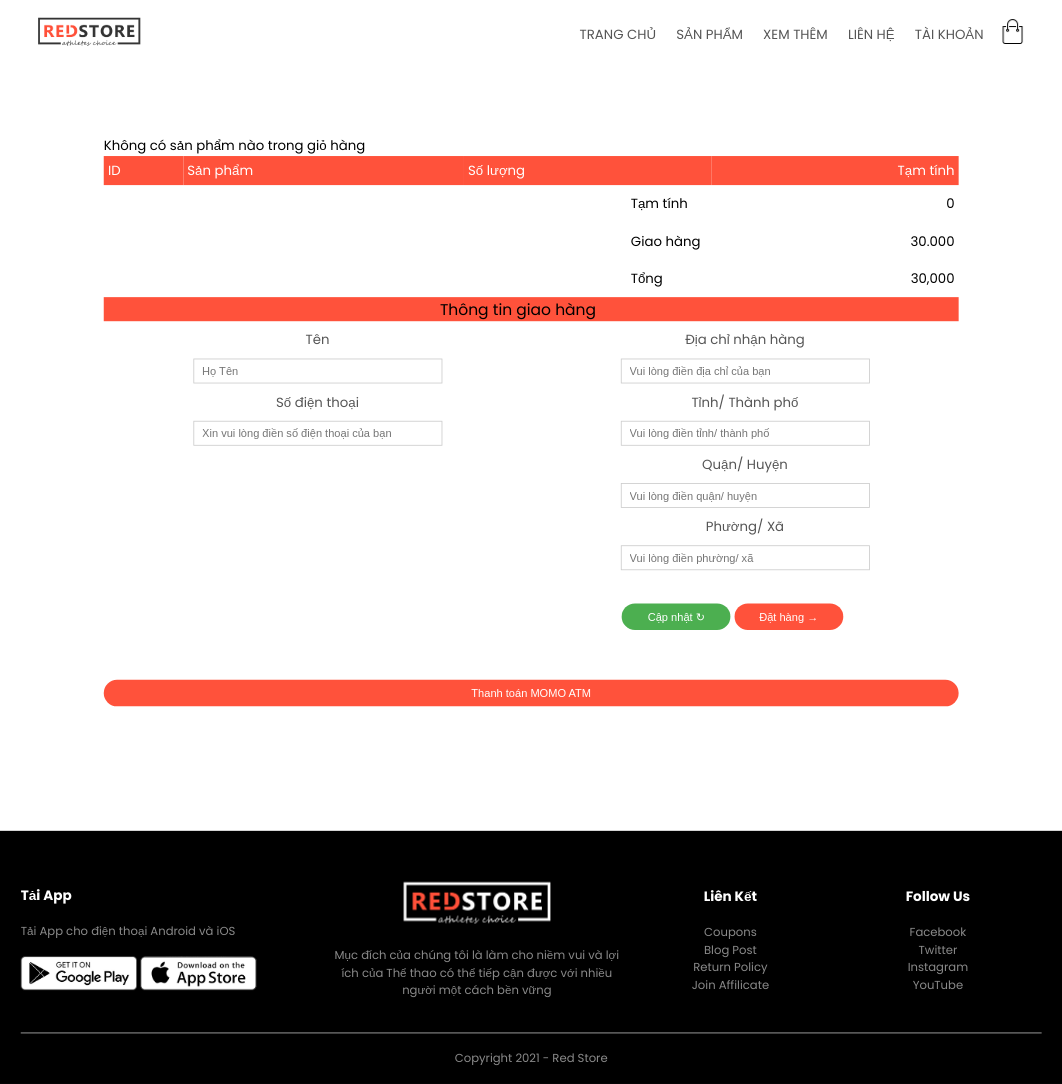
Repository: trongnk2001/RedStore
Page: http://localhost/RedStore/cart.php?action=submit
These files come from the project's save history. The page is drawn as it stood at one moment and after the next save; the edit follows.
The browser window is 1280 px wide. The pictures show the whole page, at 83% of full size.
Some web libraries are served in a nearby version. The page is run by PHP 8.4 with error messages shown; the project is at /var/www/html/.

Above is the page before, as saved 2022-06-05 15:13:43.

### cart.php
<?php
    session_start();
    include_once './Admin/connect.php';
    // thêm số luong
    // tru số luong
    // xoá sản phẩm
    // thêm sản phẩm vào giỏ hàng
    if(isset($_POST['themgiohang'])){
        $id = $_GET['productID'];
        $sl = $_POST['sl'];
        $sql_query = "SELECT * FROM product WHERE productID='".$id."'";
        $query = mysqli_query($links,$sql_query);
        $row = mysqli_fetch_array($query);
        if(isset($_SESSION['cart'])){
           $session_array_id = array_column($_SESSION['cart'],'id');


           if(!in_array($_GET['productID'],$session_array_id)){
            $session_array = array(
                'id' => $id,
                'soluong' => $sl,
                'price' => $row['price'],
                'name' => $row['name'],
                'img' => $row['img']
           );
            $_SESSION['cart'][] = $session_array;
           }
        }
         else{
             $session_array = array(
                 'id' => $id,
                 'soluong' => $sl,
                 'price' => $row['price'],
                 'name' => $row['name'],
                 'img' => $row['img']
             );
             $_SESSION['cart'][] = $session_array;
         }
     }

?>
<?php
                $error = false;
                $success = false;
                 if(isset($_GET['action'])){
                     $name = $_POST['name'];
                     $address = $_POST['address'];
                     $city = $_POST['city'];
                     $district = $_POST['district'];
                     $village = $_POST['village'];
                     $tel = $_POST['tel'];
                     $array_infor = array($name,$address,$city, $district, $village, $tel);
                     switch($_GET['action']){
                         case "submit":
                            if(isset($_POST['update_click'])){
                                echo "Xin lỗi tính năng này chưa cập nhật";
                            }
                            elseif (isset($_POST['update_checkout'])){
                                     // echo '<pre>';
                                     // var_dump($_POST);
                                     // echo '</pre>';

                                    // echo '<pre>';

                                    // var_dump($_SESSION['cart'][$i]);
                                    // echo '</pre>';

                                // // var_dump($_POST["name"]) ;
                                 if (empty($_POST['name'])) {
                                     $error = "Bạn chưa nhập tên của người nhận";
                                 } elseif (empty($_POST['tel'])) {
                                     $error = "Bạn chưa nhập số điện thoại người nhận";
                                 } elseif (empty($_POST['address'])) {
                                     $error = "Bạn chưa nhập địa chỉ người nhận";
                                 }elseif (empty($_POST['city'])){
                                     $error = "Bạn chưa nhập thành phố !";
                                 }elseif (empty($_POST['district'])){
                                     $error = "Bạn chưa nhập quận/huyện !";
                                 }elseif (empty($_POST['village'])){
                                     $error = "Bạn chưa nhập xã/phuong !";
                                 }
                                 elseif (empty($_POST['soluong'])){
                                    $error = "Giỏ hàng rỗng";
                                }
                                $array_cart = array($_SESSION['cart']);
                                $array_cart += $array_infor;
                                if ($error == false && !empty($_POST['soluong'])) {
                                    $insertCus = mysqli_query($links, "INSERT INTO customer(cusID,name,adress,tel) VALUE ('','$name','$address.$village.$district.$city','$tel')");
                                    $total = 0;
                                    for($i = 1; $i <= count($array_cart[0]); $i++){
                                        $total = $array_cart[0][$i-1]['price']*$array_cart[0][$i-1]['soluong'];
                                        $tongtien += $total;
                                    }
                                    $cusID = mysqli_query($links, "SELECT * FROM customer ORDER BY cusID DESC LIMIT 1");
                                    $add = mysqli_fetch_all($cusID);
                                    $idcus = $add[0][0];
                                    $last_id = mysqli_insert_id($links);
                                    $mysqltime = date ("Y-m-d H:i:s", $phptime);
                                    $insertOrder = mysqli_query($links, "INSERT INTO orderinf (orderID, customerID, total, orderDate, status) VALUES ('', '$idcus', '$tongtien', '$mysqltime', 'COD')");

                                    for($i = 1; $i <= count($array_cart[0]); $i++){

                                    $products = mysqli_query($links, "SELECT * FROM product WHERE productID = $i");
                                    $total = 0;
                                    $orderProducts = array();
                                    $row = mysqli_fetch_array($products);
                                    $orderProducts[] = $row;

                                    $total += $array_cart[0][$i-1]['price']*$array_cart[0][$i-1]['soluong'];

                                    // $insertCus = mysqli_query($links, "INSERT INTO customer(cusID,name,adress,tel) VALUE ('','$name','$address.$village.$district.$city','$tel')");
                                    $ordID = mysqli_query($links, "SELECT * FROM orderinf ORDER BY orderID DESC LIMIT 1");
                                    $for_ordID = mysqli_fetch_all($ordID);
                                    $idord = $for_ordID[0][0];

                                    $product_ID = $array_cart[0][$i-1]['id'];
                                    $last_order = mysqli_insert_id($links);
                                    $insertString = "";
                                    $gia = $array_cart[0][$i-1]['price'];
                                    $soluong = $array_cart[0][$i-1]['soluong'];
                                    $insertOrderDetails = mysqli_query($links, "INSERT INTO `orderdetails` (`id`, `orderID`, `productID`, `price`, `quantity`, `total`) VALUES ('', '$idord','$product_ID', '$gia','$soluong', '$total')");
                            }
                                    $success = "Đặt hàng thành công";
                                    $momo = "Thanh toán MOMO thành công";
                                    unset($_SESSION['cart']);
                        }
                                //  echo '<p style="text-align:center">'.$error.'</p>';


                    }


            }
    }

                if(isset($_GET['partnerCode'])){
                    $partnerCode = $_GET['partnerCode'];
                    $orderID = $_GET['orderID'];
                    $amount = $_GET['amount'];
                    $orderInfo = $_GET['orderInfo'];
                    $orderType = $_GET['orderType'];
                    $transId = $_GET['transId'];
                    $payType = $_GET['payType'];
                //insert database momo
                $insert_momo = "INSERT INTO tbl_momo(partner_code,order_id,amount,order_info,order_type,trans_id,pay_type)
                VALUE ('".$partnerCode."','".$orderID."','".$amount."','".$orderInfo."','".$orderType."','".$trans_id."','".$payType."')";
                $cart_query = mysqli_query($links,$insert_momo);


                $array_cart = array($_SESSION['cart']);
        $array_cart += $array_infor;
        if ($error == false && !empty($_POST['soluong'])) {
            $insertCus = mysqli_query($links, "INSERT INTO customer(cusID,name,adress,tel) VALUE ('','$name','$address.$village.$district.$city','$tel')");
            $total = 0;
            for($i = 1; $i <= count($array_cart[0]); $i++){
                $total = $array_cart[0][$i-1]['price']*$array_cart[0][$i-1]['soluong'];
                $tongtien += $total;
            }
            $cusID = mysqli_query($links, "SELECT * FROM customer ORDER BY cusID DESC LIMIT 1");
            $add = mysqli_fetch_all($cusID);
            $idcus = $add[0][0];
            $last_id = mysqli_insert_id($links);
            $mysqltime = date ("Y-m-d H:i:s", $phptime);
            $insertOrder = mysqli_query($links, "INSERT INTO orderinf (orderID, customerID, total, orderDate, status) VALUES ('$orderID', '$idcus', '$tongtien', '$mysqltime', 'MOMO')");

            for($i = 1; $i <= count($array_cart[0]); $i++){

            $products = mysqli_query($links, "SELECT * FROM product WHERE productID = $i");
            $total = 0;
            $orderProducts = array();
            $row = mysqli_fetch_array($products);
            $orderProducts[] = $row;

            $total += $array_cart[0][$i-1]['price']*$array_cart[0][$i-1]['soluong'];

            // $insertCus = mysqli_query($links, "INSERT INTO customer(cusID,name,adress,tel) VALUE ('','$name','$address.$village.$district.$city','$tel')");
            $ordID = mysqli_query($links, "SELECT * FROM orderinf ORDER BY orderID DESC LIMIT 1");
            $for_ordID = mysqli_fetch_all($ordID);
            $idord = $for_ordID[0][0];

            $product_ID = $array_cart[0][$i-1]['id'];
            $last_order = mysqli_insert_id($links);
            $insertString = "";
            $gia = $array_cart[0][$i-1]['price'];
            $soluong = $array_cart[0][$i-1]['soluong'];
            $insertOrderDetails = mysqli_query($links, "INSERT INTO `orderdetails` (`id`, `orderID`, `productID`, `price`, `quantity`, `total`) VALUES ('', '$idord','$product_ID', '$gia','$soluong', '$total')");
        }
            $success = "Đặt hàng thành công";
            $momo = "Thanh toán MOMO thành công";
            unset($_SESSION['cart']);
    }

            }
            ?>
<!DOCTYPE html>
<html lang="en">
<head>
    <meta charset="UTF-8">
    <meta name="viewport" content="width=device-width, initial-scale = 1.0">
    <meta http-equiv="X-UA-Compatible" content="IE=edge">
    <meta name="viewport" content="width=device-width, initial-scale=1.0">
    <link rel="stylesheet" href="./style.css">
    <link rel="preconnect" href="https://fonts.googleapis.com">
    <link rel="preconnect" href="https://fonts.gstatic.com" crossorigin>
    <link href="https://fonts.googleapis.com/css2?family=Poppins:wght@300;400;500;600;700&display=swap" rel="stylesheet">
    <script src="https://use.fontawesome.com/2defadb02e.js"></script>
    <title>Sản phẩm - Red Store - Nơi thể hiện cá tính của bạn</title>
</head>
<body>
        <div class="container">
            <div class="nav-bar">
                <div class="logo">
                    <img src="images/logo.png" alt="" width="125px">
                </div>
                <nav>
                    <ul id="MenuItems">
                        <li><a href="index.php">TRANG CHỦ</a></li>
                        <li><a href="products.php">SẢN PHẨM</a></li>
                        <li><a href="">XEM THÊM</a></li>
                        <li><a href="">LIÊN HỆ</a></li>
                        <li><a href="account.php">TÀI KHOẢN</a></li>
                    </ul>
                </nav>
                <a href="cart.php"><img src="images/cart.png" width="30px" height="30px" alt=""></a>
                <img src="images/menu.png" class="menu-icon" onclick="menutoggle()">
            </div>
        </div>
        <form action="cart.php?action=submit"  method="post">
        <!-- cart items details -->
        <div class="small-container cart-page">
            <table>
                <tr>
                    <th>ID</th>
                    <th>Sản phẩm</th>
                    <th>Số lượng</th>
                    <th>Tạm tính</th>
                </tr>
            <?php
                $total =0;
                if(!empty($_SESSION['cart'])){
                    foreach ($_SESSION['cart'] as $key => $value){
                        $rerult = substr($value['img'],3);
                            ?>

                                <tr>
                                    <td> <input name="id" type="text" value="<?php echo $value['id'] ?>" style="border: none;width: 30px ;"> </td>
                                    <td>
                                        <div class="cart-info">
                                            <?php echo ' <img src="'.$rerult.'"> '?>
                                            <div>
                                                <p name="ten"><?php echo $value['name'] ?></p>
                                                <small name="giathanh">Giá : <?php echo $value['price'] ?></small>
                                                <br>
                                                <a href="cart.php?remove=<?php echo $value['id'] ?>">Remove
                                                    <!-- <button style="color: #ff523b;font-size: 12px;border:none;background-color: #fff;cursor: pointer;">Remove</button> -->
                                                </a>
                                            </div>
                                        </div>
                                    </td>
                                    <td> <input name="soluong" type="number" value="<?php echo $value['soluong'] ?>" style="width: 40px;height: 30px;padding: 5px;"></td>
                                    <td><?php echo number_format( $value['soluong']*$value['price']) ?></td>
                                </tr>

                            <?php
                        $total = $total + $value['price'] * $value['soluong'];
                    }
                }
                else{
                    echo 'Không có sản phẩm nào trong giỏ hàng';
                }
            ?>
            <?php
                if(isset($_GET['remove'])){
                    $id = $_GET['remove'];
                    foreach($_SESSION['cart'] as $key => $value){
                        if($value['id'] == $id){
                            unset($_SESSION['cart'][$key]);
                        }
                        header('Location:cart.php');
                    }
                }

            ?>


            </table>

            <div class="total-price">
                <table>
                    <tr>
                        <td>Tạm tính</td>
                        <td><?php echo number_format($total) ?></td>
                    </tr>
                    <tr>
                        <td>Giao hàng</td>
                        <td>30.000</td>
                    </tr>
                    <tr>
                        <td>Tổng</td>
                        <td><?php echo number_format( $total + 30000)?></td>
                    </tr>
                </table>
            </div>
            <form action="">
            <div class="small-container" style="padding:0px 0px">
                <h3 style="padding: 0px 405px;background-color: #ff523b;">Thông tin giao hàng</h3>
                <?php if (!empty($error)) { ?>
                <div id="notify-msg" style="text-align: center; margin-top: 20px;font-weight: 600;">
                    <?= $error ?>
                </div>
            <?php } elseif (!empty($success)) { ?>
                <div id="notify-msg" style="text-align: center; margin-top: 20px;font-weight: 600;">
                    <?= $success ?>.
                </div>
            <?php } elseif(!empty($cart_query)) { ?>
                <div id="notify-msg" style="text-align: center; margin-top: 20px;font-weight: 600;">
                <?= $momo?>
                </div>
            <?php

        } ?>
                <div class="row" style="align-items: initial;">
                    <div class="col-2 inf" style="display: flex;align-items: center;flex-direction: column;">
                            <p>Tên</p>
                            <input type="text" name="name" placeholder="Họ Tên" style="width:300px">
                            <p>Số điện thoại</p>
                            <input type="text" name ="tel" placeholder="Xin vui lòng điền số điện thoại của bạn" style="width:300px">
                    </div>
                    <div class="col-2 inf" style="display: flex;align-items: center;flex-direction: column;">
                            <p>Địa chỉ nhận hàng</p>
                            <input type="text" name ="address" placeholder="Vui lòng điền địa chỉ của bạn">
                            <p>Tỉnh/ Thành phố</p>
                            <input type="text" name ="city" placeholder="Vui lòng điền tỉnh/ thành phố">
                            <p>Quận/ Huyện</p>
                            <input type="text" name ="district" placeholder="Vui lòng điền quận/ huyện">
                            <p>Phường/ Xã</p>
                            <input type="text" name = "village" placeholder="Vui lòng điền phường/ xã">
                        <div class="buy" style="text-align: center;margin-left: -30px;float:initial">
                        <input  type="submit" name="update_click" value="Cập nhật &#8635" style="display: inline-block;background: #4CAF50;color: #fff;padding: 8px 30px;margin: 30px 0;border-radius: 30px;transition: background 0.5s;border: none;cursor: pointer;height:32px;width:131px ;">
                        <input  type="submit" name="update_checkout" value="Đặt hàng &#8594" style="display: inline-block;background: #ff523b;color: #fff;padding: 8px 30px;margin: 30px 0;border-radius: 30px;transition: background 0.5s;border: none;cursor: pointer;height:32px;width:131px ;">
                        </div>
                    </div>
                </div>
            </div>
            </form>

            <form
            class="" method="POST" target="_blank" enctype="application/x-www-form-urlencoded"
                          action="xulithanhtoanmomo_atm.php">
                <input type="hidden" value="<?php echo number_format($total)?>" name ="total">
                <input
                style="display: inline-block;background: #ff523b;color: #fff;padding: 8px 30px;margin: 30px 0;border-radius: 30px;transition: background 0.5s;border: none;cursor: pointer;height:32px;width:100% ;"
                type="submit" name="momo" value="Thanh toán MOMO ATM">
            </form>

            <!-- <div class="buy">
                    <a href="checkout.php" class="btn" style="padding: 8px 20px;">Thanh toán &#8594;</a>
            </div> -->
        </div>
        </form>


    <!-- footer -->

    <div class="footer" style="margin-top: 120px;">
        <div class="container">
            <div class="row">
                <div class="footer-col-1">
                    <h3>Tải App</h3>
                    <p>Tải App cho điện thoại Android và iOS</p>
                    <div class="app-logo">
                        <img src="images/play-store.png">
                        <img src="images/app-store.png">
                    </div>
                </div>

                <div class="footer-col-2">
                    <img src="images/logo-white.png">
                    <p>Mục đích của chúng tôi là làm cho niềm vui và lợi
                        ích của Thể thao có thể tiếp cận được với nhiều
                        người một cách bền vững</p>
                </div>

                <div class="footer-col-3">
                    <h3>Liên Kết</h3>
                    <ul>
                        <li>Coupons</li>
                        <li>Blog Post</li>
                        <li>Return Policy</li>
                        <li>Join Affilicate</li>
                    </ul>
                </div>

                <div class="footer-col-4">
                    <h3>Follow Us</h3>
                    <ul>
                        <li>Facebook</li>
                        <li>Twitter</li>
                        <li>Instagram</li>
                        <li>YouTube</li>
                    </ul>
                </div>
            </div>
            <hr>
            <p class="copyright">Copyright 2021  - Red Store</p>
        </div>
    </div>

    <!-- JS for responsive -->

    <script>
        var MenuItems = document.getElementById("MenuItems")
        MenuItems.style.maxHeight = "0px";
        function menutoggle(){
            if(MenuItems.style.maxHeight == "0px"){
                MenuItems.style.maxHeight = "200px";
            }
            else{
                MenuItems.style.maxHeight = "0px";
            }
        }
    </script>
</body>
</html>

### Admin/connect.php
<?php
    error_reporting(0);
    $host = "localhost";
    $user = "root";
    $password = "";
    $datbase = "redstore";
    $links = mysqli_connect($host,$user,$password);
    mysqli_select_db($links, $datbase);
    mysqli_set_charset($links,"utf8");
?>

Loaded but not shown: style.css (590 lines, source omitted)

After the next save:
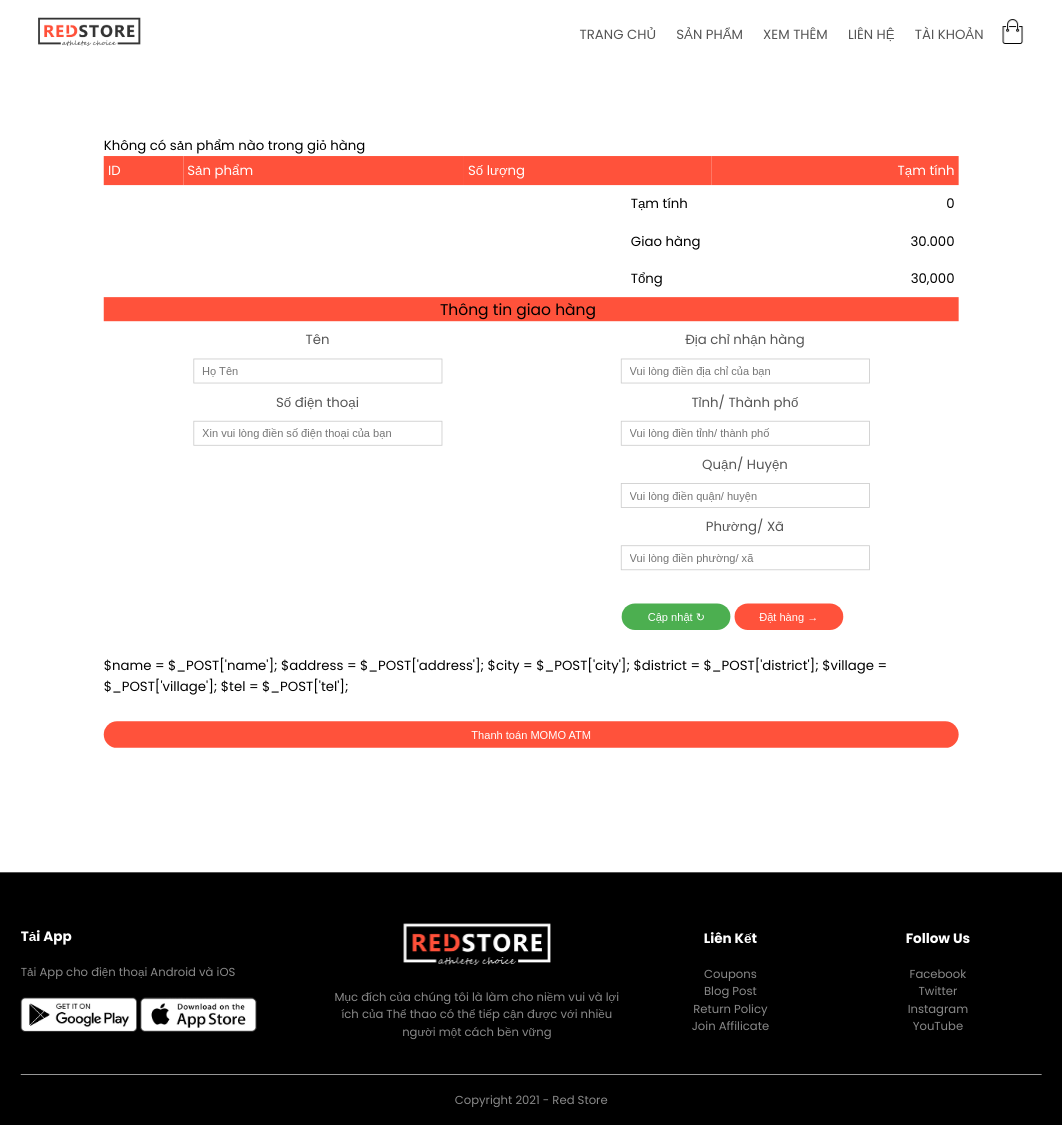
Saved 6 min 29 s later.
--- a/cart.php
+++ b/cart.php
@@ -348,6 +348,18 @@
             class="" method="POST" target="_blank" enctype="application/x-www-form-urlencoded"
                           action="xulithanhtoanmomo_atm.php">
                 <input type="hidden" value="<?php echo number_format($total)?>" name ="total">
+                <input type="hidden" value="<?php echo $name?>" name ="name">
+                <input type="hidden" value="<?php echo $address?>" name ="address">
+                <input type="hidden" value="<?php echo $city?>" name ="city">
+                <input type="hidden" value="<?php echo $district?>" name ="district">
+                <input type="hidden" value="<?php echo $village?>" name ="village">
+                <input type="hidden" value="<?php echo $tel?>" name ="tel">
+                $name = $_POST['name'];
+                     $address = $_POST['address'];
+                     $city = $_POST['city'];
+                     $district = $_POST['district'];
+                     $village = $_POST['village'];
+                     $tel = $_POST['tel'];
                 <input
                 style="display: inline-block;background: #ff523b;color: #fff;padding: 8px 30px;margin: 30px 0;border-radius: 30px;transition: background 0.5s;border: none;cursor: pointer;height:32px;width:100% ;"
                 type="submit" name="momo" value="Thanh toán MOMO ATM">
